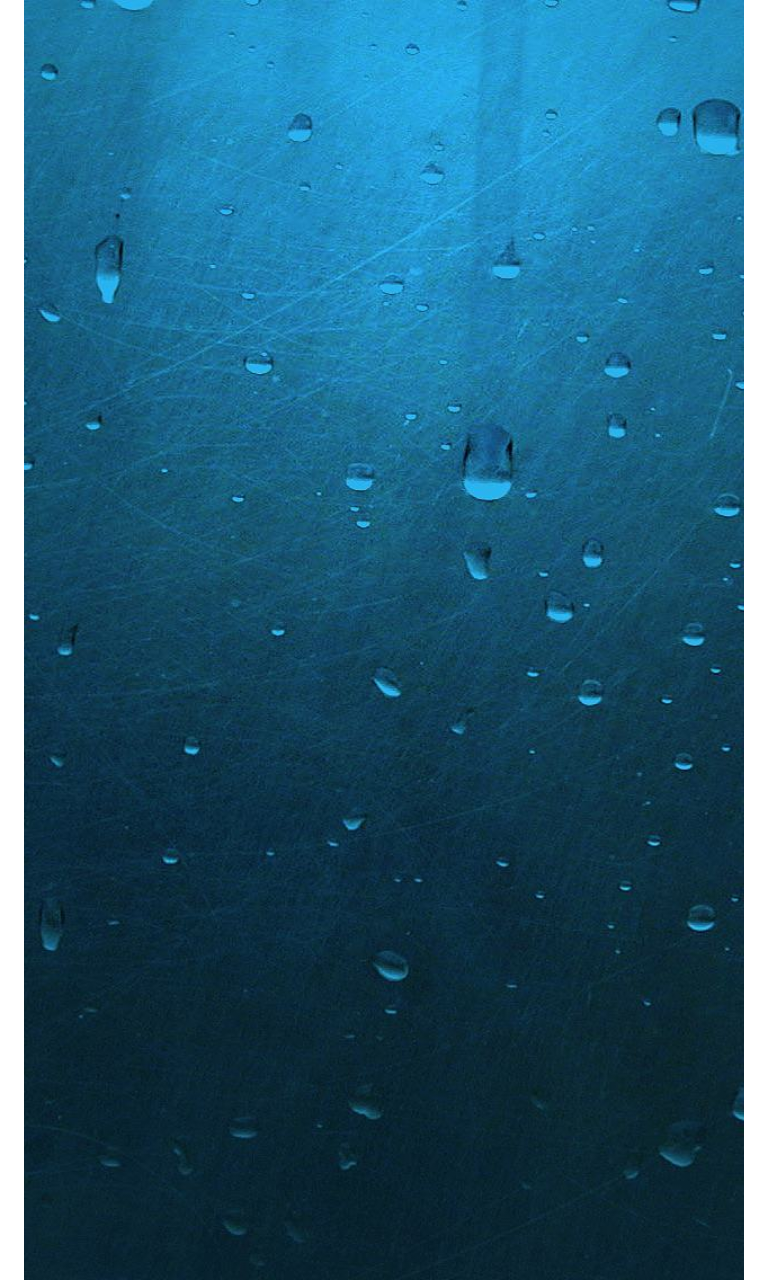
Repository: 17390089054/android
Layout: Gallery/res/layout/activity_main.xml
These files come from the project's save history. The layout is drawn as it stood at one moment and after the next save; the edit follows.
It is drawn on a 768 x 1280 px phone screen (xhdpi) without system bars, with theme AppTheme; the app's code is not run.

Above is the layout before, as saved 2018-05-03 04:39:57.

After the next save:
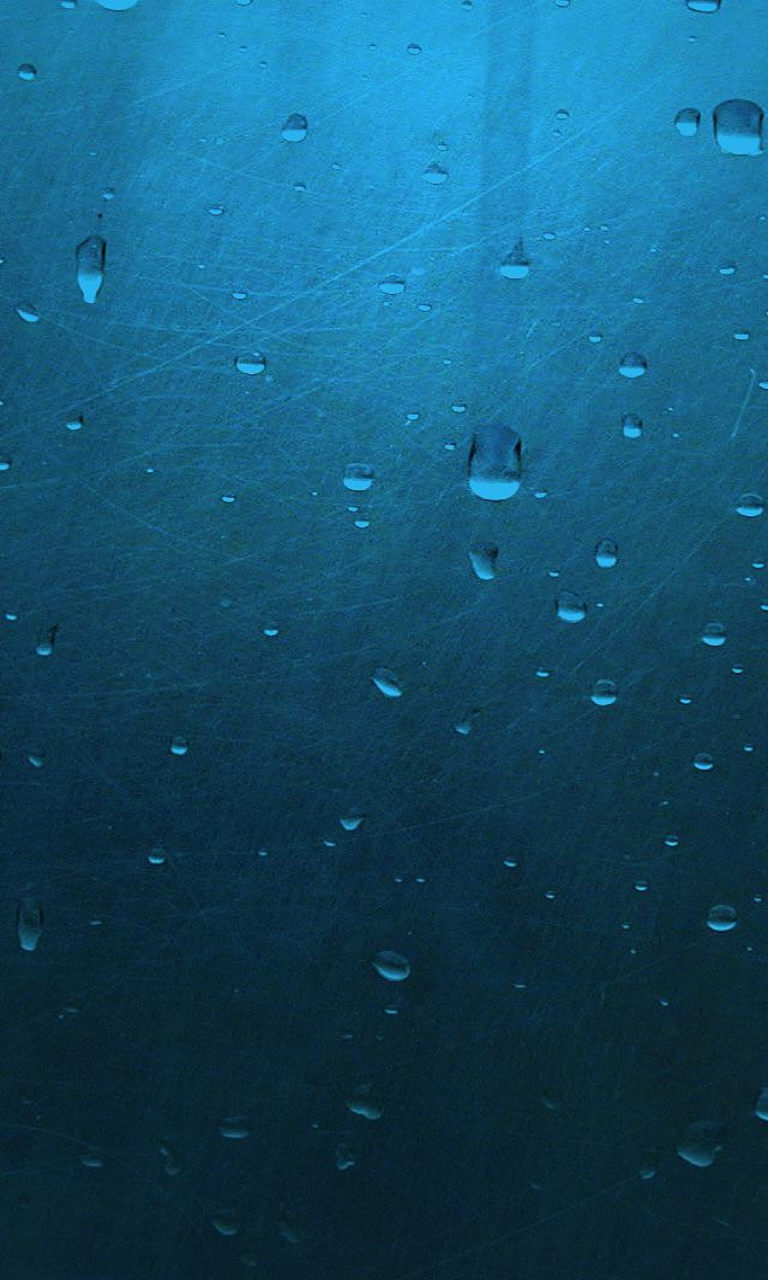
Saved 27 s later.
--- a/Gallery/res/layout/activity_main.xml
+++ b/Gallery/res/layout/activity_main.xml
@@ -10,7 +10,7 @@
         android:id="@+id/imageView1"
         android:layout_width="fill_parent"
         android:layout_height="wrap_content"
-
+        android:scaleType="fitXY"
         android:layout_weight="3"
         android:src="@drawable/a" />
 
